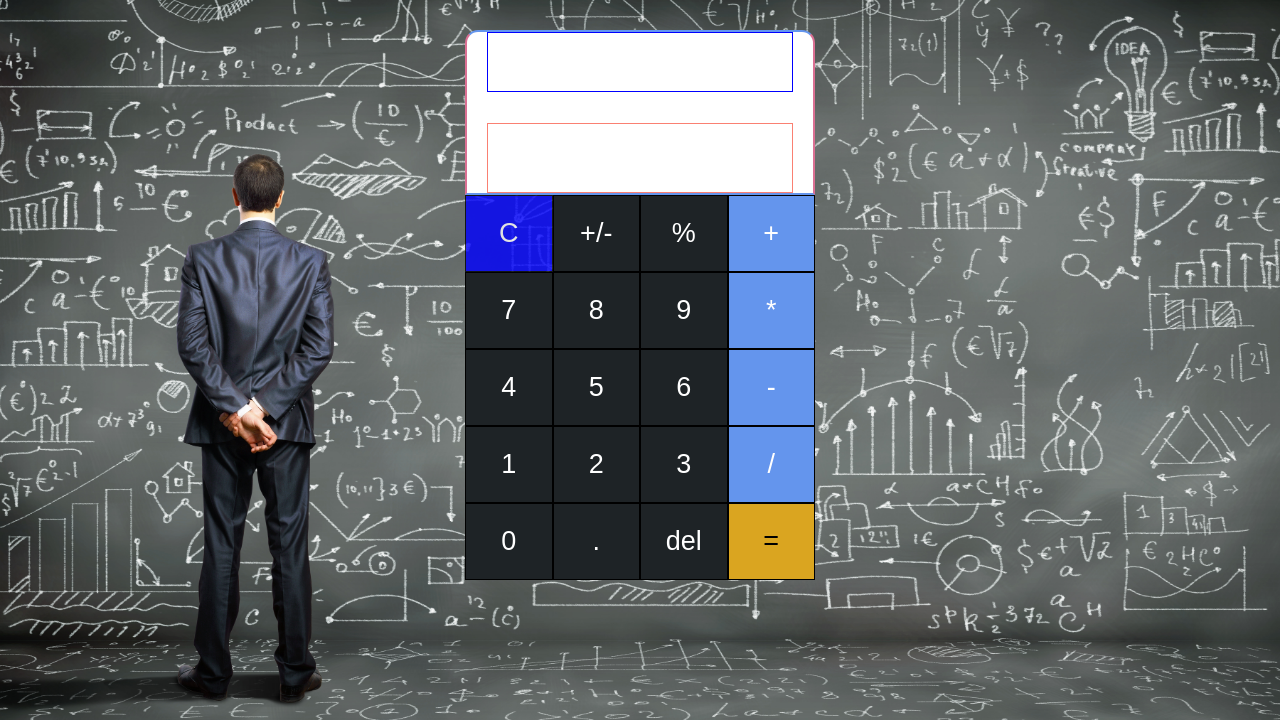
Repository: OfirLana/Calculator
Page: index.html
These files come from the project's save history. The page is drawn as it stood at one moment and after the next save; the edit follows.
The browser window is 1280 px wide. The pictures show the whole page.
The first visible `.btn` is being pressed.

Above is the page before, as saved 2019-03-18 12:49:03.

After the next save:
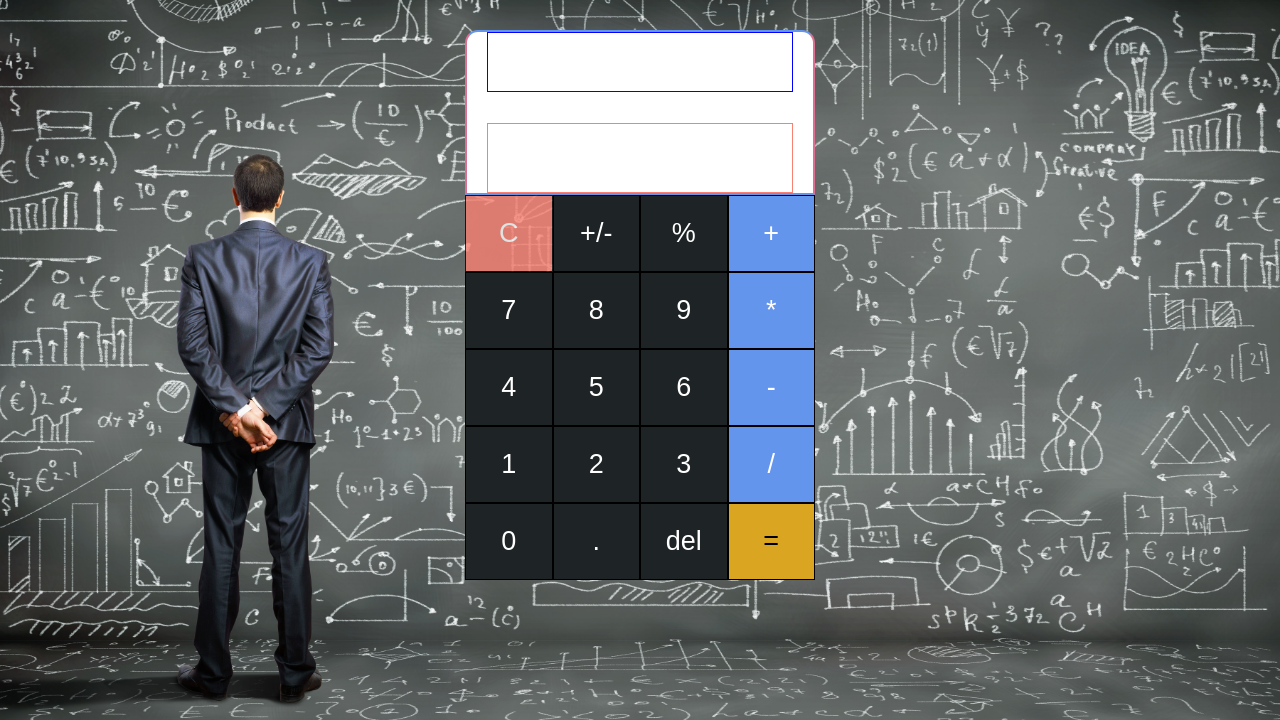
Saved 32 min 18 s later.
--- a/style.css
+++ b/style.css
@@ -99,7 +99,7 @@ body {
 }
 
 .btn:active{
-    background:blue;
+    background: salmon;
     border:1px solid black;
 }
 .btn:hover{
